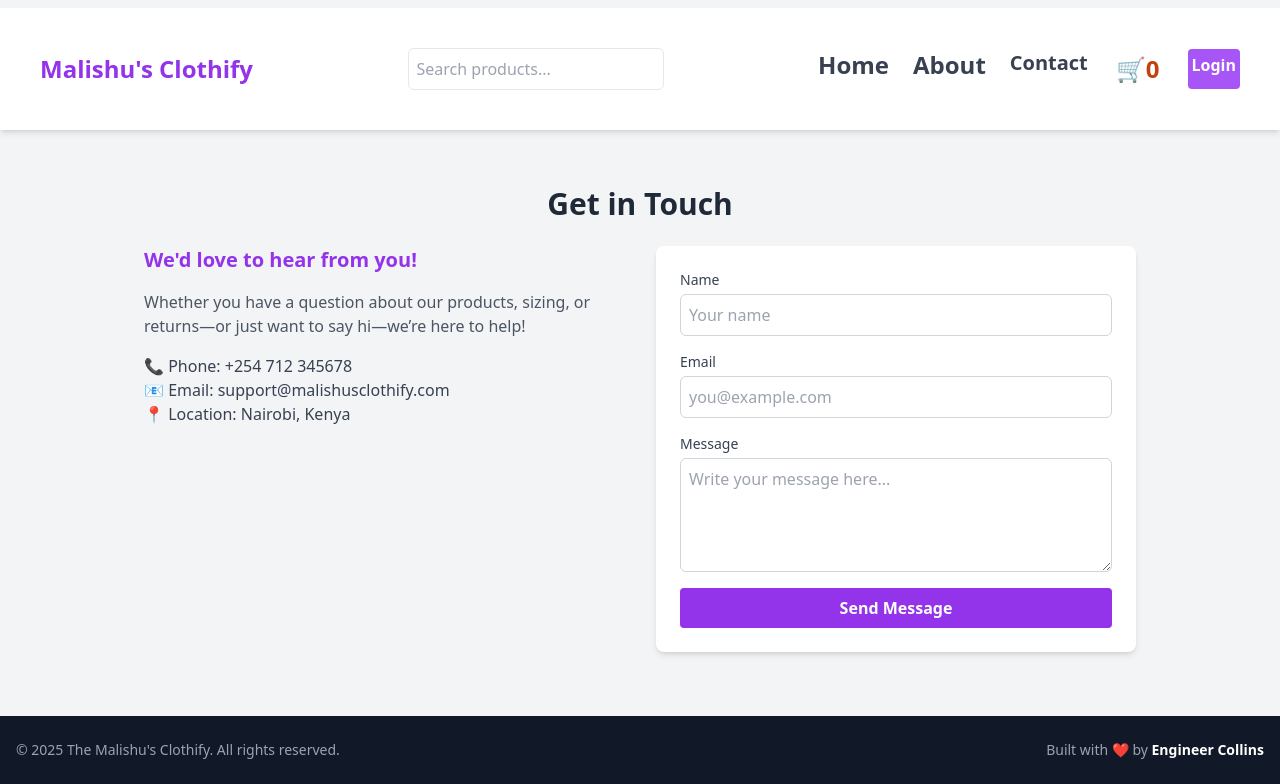
Repository: Engineer-collo/Modern-Ecommerce-Application
Page: /contact
These files come from the project's save history. The page is drawn as it stood at one moment and after a run of saves; the edit follows.
The browser window is 1280 px wide. The pictures show the whole page.
The project was rebuilt for these pictures with package versions that can differ from the ones it lists, and the page was loaded fresh each time. Also part of the build but not shown: vite.config.js, src/components/SignupForm.jsx, src/components/LoginForm.jsx, src/components/ProductCard.jsx, src/components/ProductFeed.jsx, src/components/About.jsx, src/components/Cart.jsx.

Above is the page before, as saved 2025-05-23 16:04:16.

### index.html
<!DOCTYPE html>
<html lang="en">
<head>
  <meta charset="UTF-8">
  <meta name="viewport" content="width=device-width, initial-scale=1.0">
  <title>Ecommerce</title>
</head>
<body class="bg-gray-100">
  <div id="root"></div>
  <script type="module" src="/src/main.jsx"></script>
</body>
</html>

### src/main.jsx
import React from 'react'
import ReactDOM from 'react-dom/client'
import './index.css'
import App from './App'

ReactDOM.createRoot(document.getElementById('root')).render(
  <React.StrictMode>
    <App />
  </React.StrictMode>,
)

### src/App.jsx
import { BrowserRouter as Router, Routes, Route } from 'react-router-dom';
import { useEffect, useState } from 'react';
import Footer from './components/Footer';
import Navbar from './components/Navbar';
import SignupForm from './components/SignupForm';
import LoginForm from './components/LoginForm';
import ProductFeed from './components/ProductFeed';
import Contact from './components/Contact';
import About from './components/About';
import Cart from './components/Cart';

import {
  showSuccessToast,
  ToastContainerWrapper,
} from './components/Toast';

function App() {
  const [cart, setCart] = useState([]);
  const [cartLoaded, setCartLoaded] = useState(false);

  // Load cart from localStorage
  useEffect(() => {
    const storedCart = localStorage.getItem("cart");
    if (storedCart) {
      try {
        setCart(JSON.parse(storedCart));
      } catch (error) {
        console.error("Failed to parse cart from localStorage:", error);
      }
    }
    setCartLoaded(true);
  }, []);

  // Save cart to localStorage when updated
  useEffect(() => {
    if (cartLoaded) {
      localStorage.setItem("cart", JSON.stringify(cart));
    }
  }, [cart, cartLoaded]);

  const addToCart = (product) => {
    setCart(prevCart => {
      const existing = prevCart.find(item => item.id === product.id);
      if (existing) {
        return prevCart.map(item =>
          item.id === product.id
            ? { ...item, quantity: item.quantity + 1 }
            : item
        );
      } else {
        return [...prevCart, { ...product, quantity: 1 }];
      }
    });
    showSuccessToast("Added to cart!");
  };

  const removeFromCart = (product) => {
    setCart(prevCart =>
      prevCart
        .map(item =>
          item.id === product.id
            ? { ...item, quantity: item.quantity - 1 }
            : item
        )
        .filter(item => item.quantity > 0)
    );
    showSuccessToast("Removed from cart!");
  };

  return (
    <Router>
      <Navbar cart={cart} />
      <Routes>
        <Route
          path="/"
          element={
            <ProductFeed
              addToCart={addToCart}
              showSuccessToast={showSuccessToast}
              cart={cart}
            />
          }
        />
        <Route
          path="/cart"
          element={
            <Cart
              cart={cart}
              removeFromCart={removeFromCart}
            />
          }
        />
        <Route path="/login" element={<LoginForm />} />
        <Route path="/signup" element={<SignupForm />} />
        <Route path="/about" element={<About />} />
        <Route path="/contact" element={<Contact showSuccessToast={showSuccessToast} />} />
      </Routes>
      <ToastContainerWrapper />
      <Footer />
    </Router>
  );
}

export default App;

### src/components/Footer.jsx
const Footer = () => {
    return(
        <>
        <footer className="bg-gray-900 text-white py-6 mt-12">
  <div className="max-w-7xl mx-auto px-4 flex flex-col md:flex-row justify-between items-center space-y-4 md:space-y-0">
    <p className="text-sm text-gray-400">
      &copy; {new Date().getFullYear()} The Malishu's Clothify.  All rights reserved.
    </p>
    <p className="text-sm text-gray-400">
      Built with ❤️ by <span className="text-white font-semibold">Engineer Collins</span>
    </p>


  </div>
</footer>

        </>
    )
}

export default Footer

### src/components/Navbar.jsx
import React, { useState } from "react";
import { Link } from "react-router-dom";

const Navbar = ({ cart = [], searchTerm, setSearchTerm }) => {
  const [isOpen, setIsOpen] = useState(false);

  const toggleMenu = () => setIsOpen(!isOpen);

  return (
    <header className="mt-2 bg-white  shadow-md">
      <div className="max-w-7xl mx-auto px-10 py-10 flex flex-col md:flex-row md:justify-between md:items-center">
        <div className="flex justify-between items-center">
          <h1 className="text-2xl font-bold text-gray-800">
            <Link
              to="/"
              className="hover:text-blue-500 text-gray-700 transition"
            >
              <span className="text-purple-600">Malishu's Clothify</span>
            </Link>
          </h1>

          <div className="md:hidden">
            <button
              onClick={toggleMenu}
              className="text-gray-700 focus:outline-none"
            >
              <svg
                className="h-6 w-6"
                fill="none"
                stroke="currentColor"
                strokeWidth="2"
                viewBox="0 0 24 24"
              >
                <path
                  strokeLinecap="round"
                  strokeLinejoin="round"
                  d={
                    isOpen
                      ? "M6 18L18 6M6 6l12 12"
                      : "M4 6h16M4 12h16M4 18h16"
                  }
                />
              </svg>
            </button>
          </div>
        </div>

        {/* Search Input */}
        <div className="my-2 md:my-0 w-full md:w-auto">
          <input
            type="text"
            placeholder="Search products..."
            value={searchTerm}
            onChange={(e) => setSearchTerm(e.target.value)}
            className="w-full md:w-64 p-2 border rounded-md"
          />
        </div>

        {/* Desktop nav */}
        <nav className="space-x-6 hidden md:flex">
          <Link
            to="/"
            className="text-2xl hover:text-blue-500 font-bold text-gray-700 transition"
          >
            Home
          </Link>
          <Link
            to="/about"
            className="text-2xl  text-2x hover:text-blue-500 font-bold text-gray-700 transition"
          >
            About
          </Link>
          <Link
            to="/contact"
            className=" text-xl hover:text-blue-500 font-bold text-gray-700 transition"
          >
            Contact
          </Link>
          <Link
            to="/cart"
            className=" text-2xl rounded p-1 font-bold text-orange-700 transition"
          >
            🛒{cart.length}
          </Link>
          <Link
            to="/login"
            className="rounded p-1 bg-purple-500 font-bold text-white transition"
          >
            Login
          </Link>
        </nav>
      </div>

      {/* Mobile nav */}
      {isOpen && (
        <nav className="md:hidden px-4 pb-4 space-y-2">
          {isOpen && (
              <nav className="md:hidden px-4 py-4 flex flex-col space-y-4 bg-white shadow-inner">
              <Link
                to="/"
                className="text-2xl font-bold text-gray-700 hover:text-blue-500 transition"
              >
                Home
              </Link>
              <Link
                to="/about"
                className="text-2xl font-bold text-gray-700 hover:text-blue-500 transition"
              >
                About
              </Link>
              <Link
                to="/contact"
                className="text-2xl font-bold text-gray-700 hover:text-blue-500 transition"
              >
                Contact
              </Link>
              <Link
                to="/cart"
                className="text-2xl font-bold text-orange-700 hover:text-orange-500 transition"
              >
                🛒 {cart.length}
              </Link>
              <Link
                to="/login"
                className="text-center text-2xl font-bold bg-purple-500 text-white px-3 py-2 rounded transition"
              >
                Login
              </Link>
            </nav>

)}

        </nav>
      )}
    </header>
  );
};

export default Navbar;

### src/components/Contact.jsx
import React, { useState } from 'react';

const Contact = ({showSuccessToast}) => {
  const [form, setForm] = useState({ name: '', email: '', message: '' });

  const handleChange = (e) => {
    setForm({ ...form, [e.target.name]: e.target.value });
  };

  const handleSubmit = (e) => {
    e.preventDefault();
    // You can integrate with EmailJS, Formspree, etc.
    showSuccessToast("Message sent Successfully.")
    setForm({ name: '', email: '', message: '' });
  };

  return (
    <>
    <div className="max-w-5xl mx-auto p-4 mt-10">
      <h2 className="text-3xl font-bold text-center mb-6 text-gray-800">Get in Touch</h2>

      <div className="grid grid-cols-1 md:grid-cols-2 gap-8">
        {/* Left Info Section */}
        <div className="space-y-4">
          <h3 className="text-xl font-semibold text-purple-600">We'd love to hear from you!</h3>
          <p className="text-gray-600">
            Whether you have a question about our products, sizing, or returns—or just want to say hi—we’re here to help!
          </p>
          <div>
            <p className="text-gray-700 font-medium">📞 Phone: <span className="font-normal">+254 712 345678</span></p>
            <p className="text-gray-700 font-medium">📧 Email: <span className="font-normal">support@malishusclothify.com</span></p>
            <p className="text-gray-700 font-medium">📍 Location: <span className="font-normal">Nairobi, Kenya</span></p>
          </div>
        </div>

        {/* Right Form Section */}
        <form onSubmit={handleSubmit} className="space-y-4 bg-white shadow-md rounded-lg p-6">
          <div>
            <label className="block text-sm font-medium text-gray-700">Name</label>
            <input
              type="text"
              name="name"
              value={form.name}
              onChange={handleChange}
              required
              className="mt-1 block w-full p-2 border border-gray-300 rounded-md focus:ring-purple-500 focus:border-purple-500"
              placeholder="Your name"
            />
          </div>

          <div>
            <label className="block text-sm font-medium text-gray-700">Email</label>
            <input
              type="email"
              name="email"
              value={form.email}
              onChange={handleChange}
              required
              className="mt-1 block w-full p-2 border border-gray-300 rounded-md focus:ring-purple-500 focus:border-purple-500"
              placeholder="you@example.com"
            />
          </div>

          <div>
            <label className="block text-sm font-medium text-gray-700">Message</label>
            <textarea
              name="message"
              value={form.message}
              onChange={handleChange}
              required
              rows="4"
              className="mt-1 block w-full p-2 border border-gray-300 rounded-md focus:ring-purple-500 focus:border-purple-500"
              placeholder="Write your message here..."
            />
          </div>

          <button
            type="submit"
            className="w-full bg-purple-600 hover:bg-purple-700 text-white font-semibold py-2 px-4 rounded"
          >
            Send Message
          </button>
        </form>
      </div>
    </div>
    </>
  );
};

export default Contact;

### src/components/Toast.jsx
// src/components/Toast.js
import { toast, ToastContainer } from 'react-toastify';
import 'react-toastify/dist/ReactToastify.css';

// Toast functions
export const showSuccessToast = (message) =>
  toast.success(message, {
    className: 'bg-green-100 text-green-800 border border-green-300 rounded p-4',
    bodyClassName: 'text-sm',
    progressClassName: 'bg-green-500',
  });

export const showErrorToast = (message) =>
  toast.error(message, {
    className: 'bg-red-100 text-red-800 border border-red-300 rounded p-4',
    bodyClassName: 'text-sm',
    progressClassName: 'bg-red-500',
  });

export const showInfoToast = (message) =>
  toast.info(message, {
    className: 'bg-blue-100 text-blue-800 border border-blue-300 rounded p-4',
    bodyClassName: 'text-sm',
    progressClassName: 'bg-blue-500',
  });

export const showWarningToast = (message) =>
  toast.warn(message, {
    className: 'bg-yellow-100 text-yellow-800 border border-yellow-300 rounded p-4',
    bodyClassName: 'text-sm',
    progressClassName: 'bg-yellow-500',
  });

// Toast container
export const ToastContainerWrapper = () => (
  <ToastContainer position="top-center" autoClose={2000} />
);

Loaded but not shown: src/index.css (common file); tailwind.config.js (common file)

After the next 2 saves:
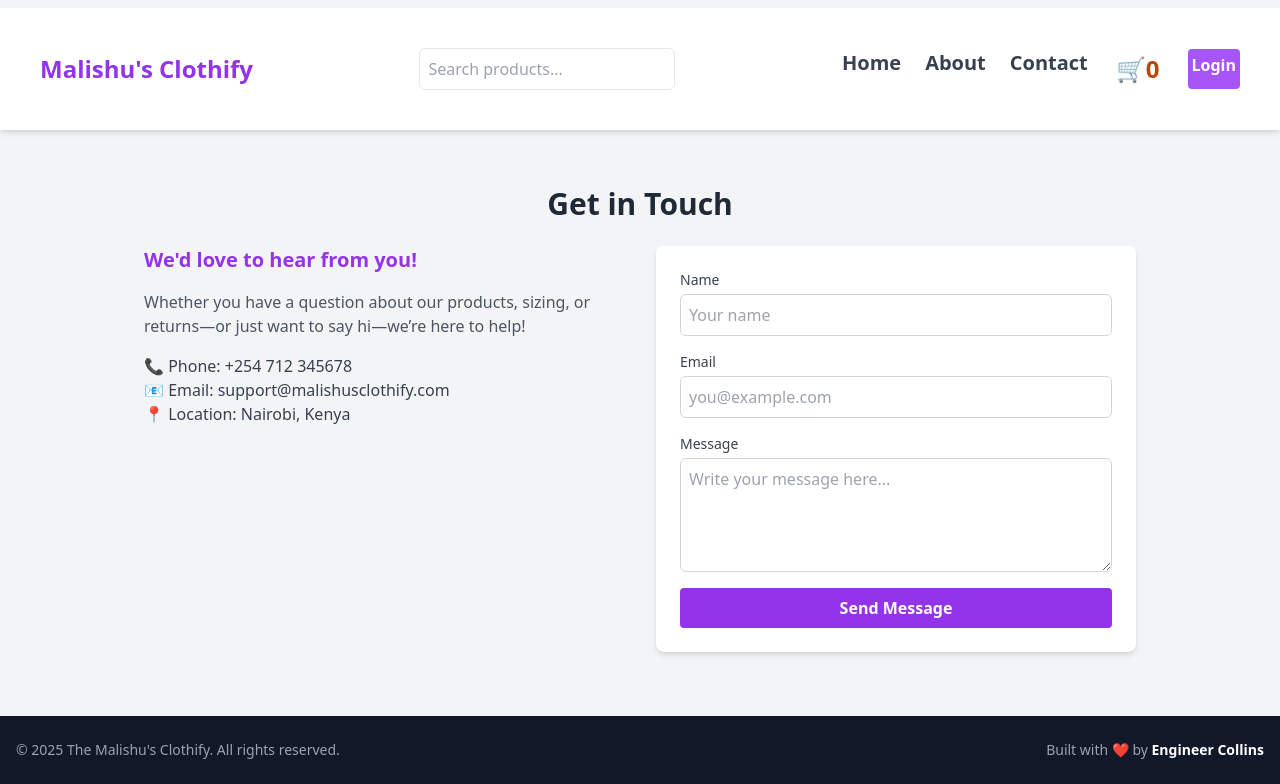
The 2 saves are shown as one change because they came seconds apart.
The last was saved 7 s later.
--- a/src/components/Navbar.jsx
+++ b/src/components/Navbar.jsx
@@ -60,13 +60,13 @@ const Navbar = ({ cart = [], searchTerm, setSearchTerm }) => {
         <nav className="space-x-6 hidden md:flex">
           <Link
             to="/"
-            className="text-2xl hover:text-blue-500 font-bold text-gray-700 transition"
+            className="text-xl hover:text-blue-500 font-bold text-gray-700 transition"
           >
             Home
           </Link>
           <Link
             to="/about"
-            className="text-2xl  text-2x hover:text-blue-500 font-bold text-gray-700 transition"
+            className="text-xl  text-2x hover:text-blue-500 font-bold text-gray-700 transition"
           >
             About
           </Link>
